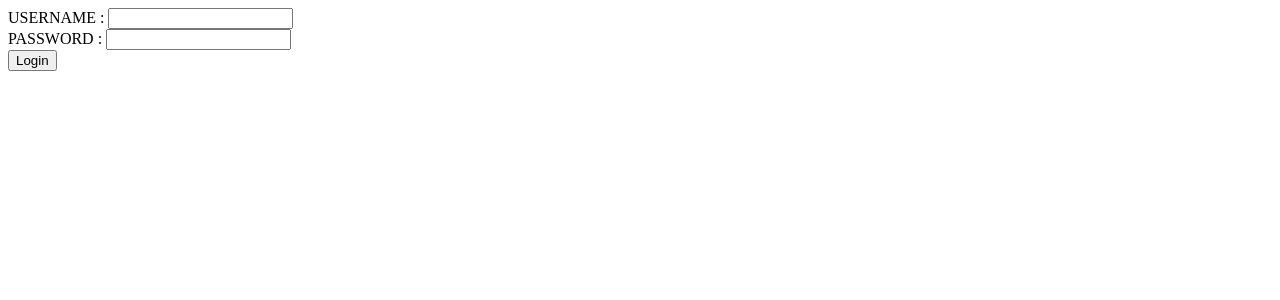
Repository: KartikMuchakandimath/Flyaway
Page: http://localhost/FlayAway/adminlogin.jsp
The author's editor kept a copy of each file at every save. The page is drawn from the files as they stood at one save, then again after the next save.
The browser window is 1280 px wide. The pictures show the whole page.
The page is served by Tomcat 9.

Above is the page before, as saved 2022-04-22 21:04:32.

After the next save:
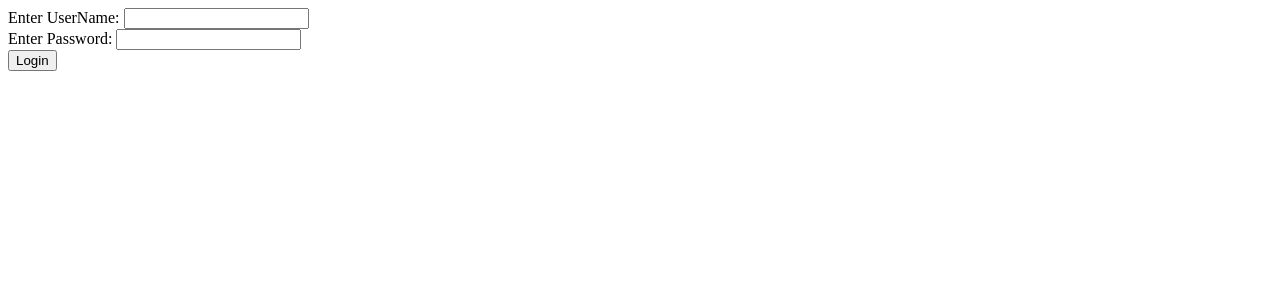
Saved 2 min 10 s later.
--- a/FlayAway/src/main/webapp/adminlogin.jsp
+++ b/FlayAway/src/main/webapp/adminlogin.jsp
@@ -9,8 +9,8 @@
 <body>
 
 	<form action="AdminloginServlet" method="post">
-		USERNAME : <input type="email" name="username" required="required"><br>
-		PASSWORD : <input type="password" name="password" required="required"><br>
+		Enter UserName: <input type=" email"  name="email" required="required"><br>
+Enter Password: <input type=" password"  name="password" required="required"><br>
 		<button type="submit">Login</button>
 	</form>
 
